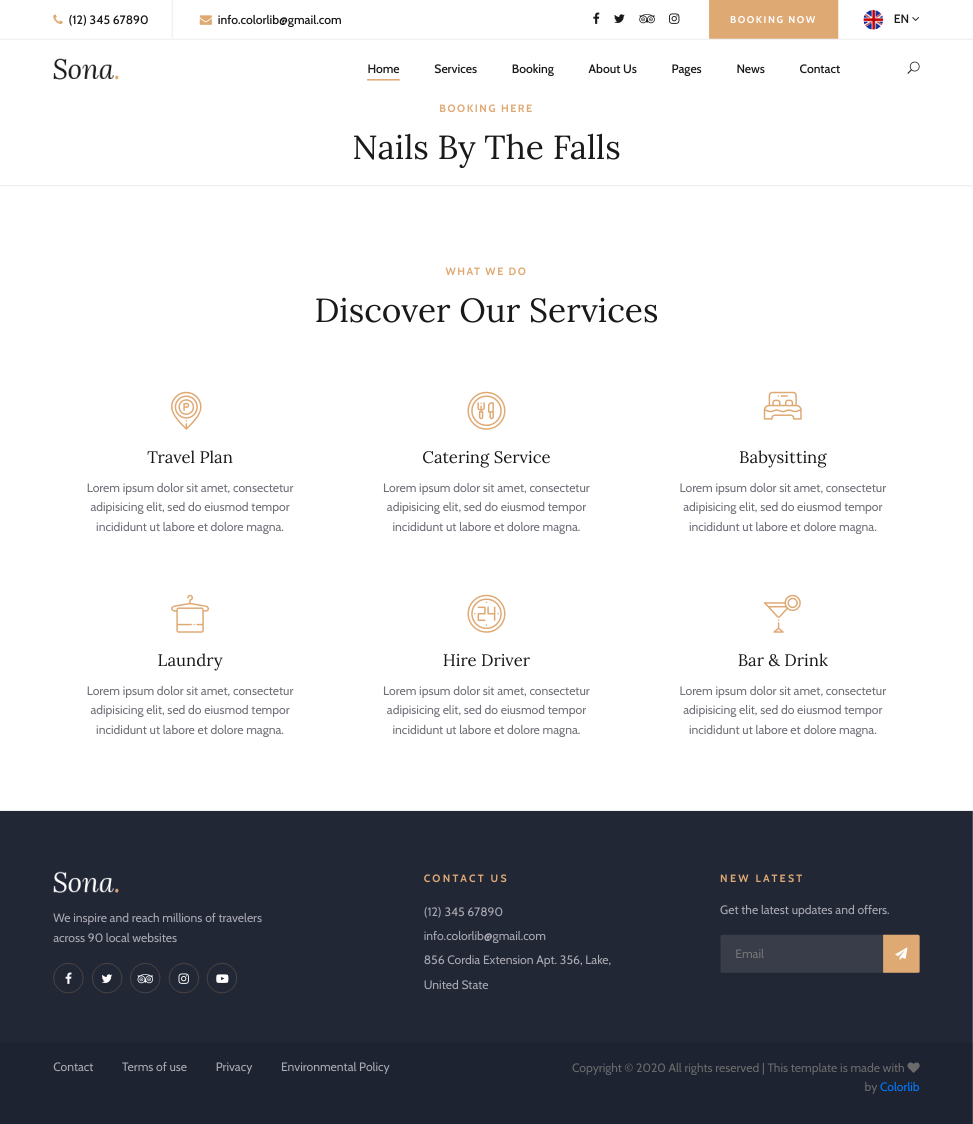
Repository: KeriBoss/Booking_Spa
Page: booking.html
An editor plug-in stored every save of this project. The page is shown before and after the next save, followed by the edit.
The browser window is 1280 px wide. The pictures show the whole page, at 76% of full size.

Above is the page before, as saved 2023-05-19 15:43:21.

After the next save:
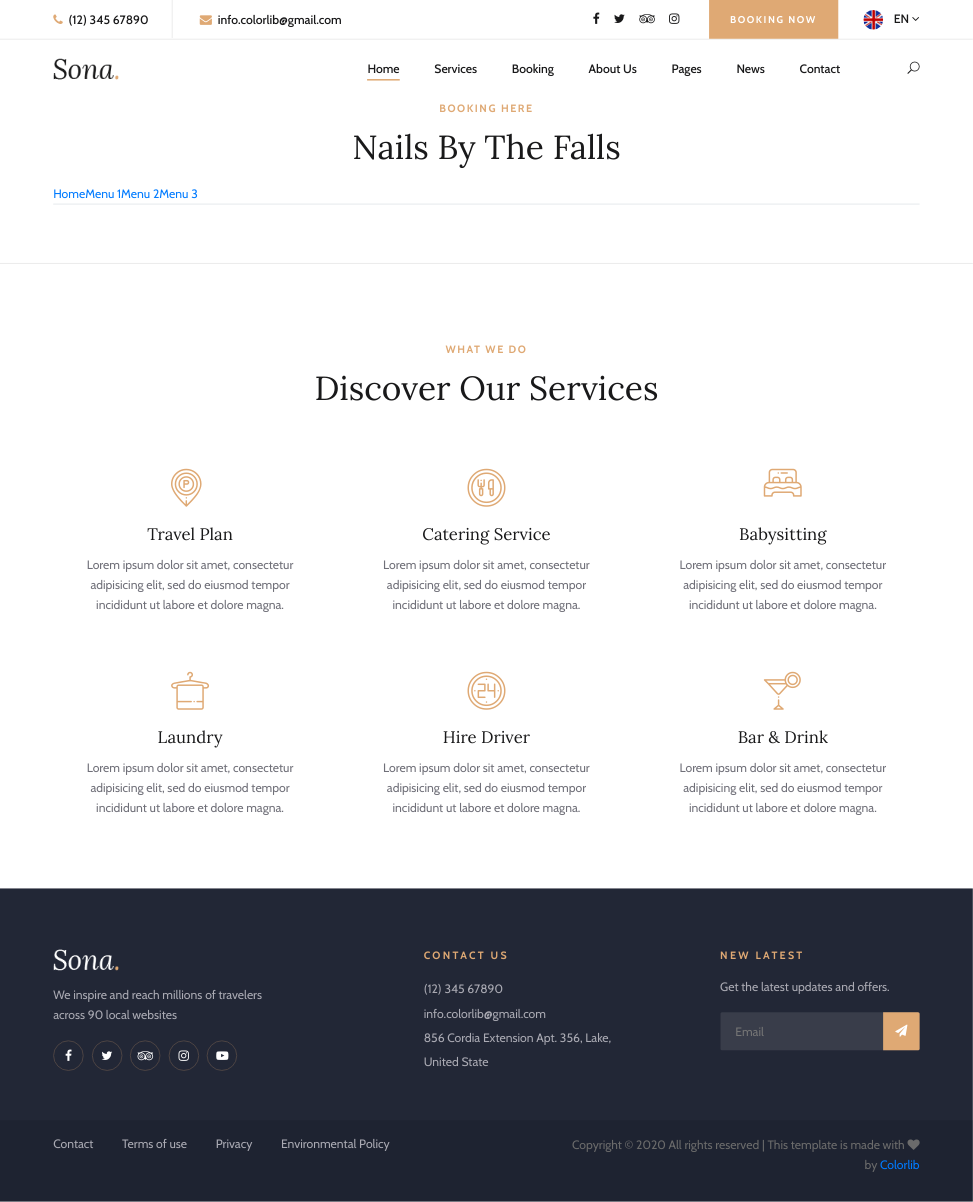
Saved 2 min 32 s later.
--- a/booking.html
+++ b/booking.html
@@ -178,6 +178,39 @@
                 </div>
                 <div class="col-lg-12">
                     <div class="card-booking">
+                        <ul class="nav nav-tabs">
+                            <li class="active"><a data-toggle="tab" href="#home">Home</a></li>
+                            <li><a data-toggle="tab" href="#menu1">Menu 1</a></li>
+                            <li><a data-toggle="tab" href="#menu2">Menu 2</a></li>
+                            <li><a data-toggle="tab" href="#menu3">Menu 3</a></li>
+                        </ul>
+
+                        <div class="tab-content">
+                            <div id="home" class="tab-pane fade in active">
+                                <h3>Home</h3>
+                                <p>Lorem ipsum dolor sit amet, consectetur adipisicing elit, sed do eiusmod tempor
+                                    incididunt ut labore et dolore magna aliqua.</p>
+                            </div>
+
+                            <div id="menu1" class="tab-pane fade">
+                                <h3>Menu 1</h3>
+                                <p>Lorem ipsum dolor sit amet, consectetur adipisicing elit, sed do eiusmod tempor
+                                    incididunt ut labore et dolore magna aliqua.</p>
+                            </div>
+
+                            <div id="menu2" class="tab-pane fade">
+                                <h3>Menu 2</h3>
+                                <p>Lorem ipsum dolor sit amet, consectetur adipisicing elit, sed do eiusmod tempor
+                                    incididunt ut labore et dolore magna aliqua.</p>
+                            </div>
+
+                            <div id="menu3" class="tab-pane fade">
+                                <h3>Menu 3</h3>
+                                <p>Lorem ipsum dolor sit amet, consectetur adipisicing elit, sed do eiusmod tempor
+                                    incididunt ut labore et dolore magna aliqua.</p>
+                            </div>
+
+                        </div>
 
                     </div>
                 </div>
